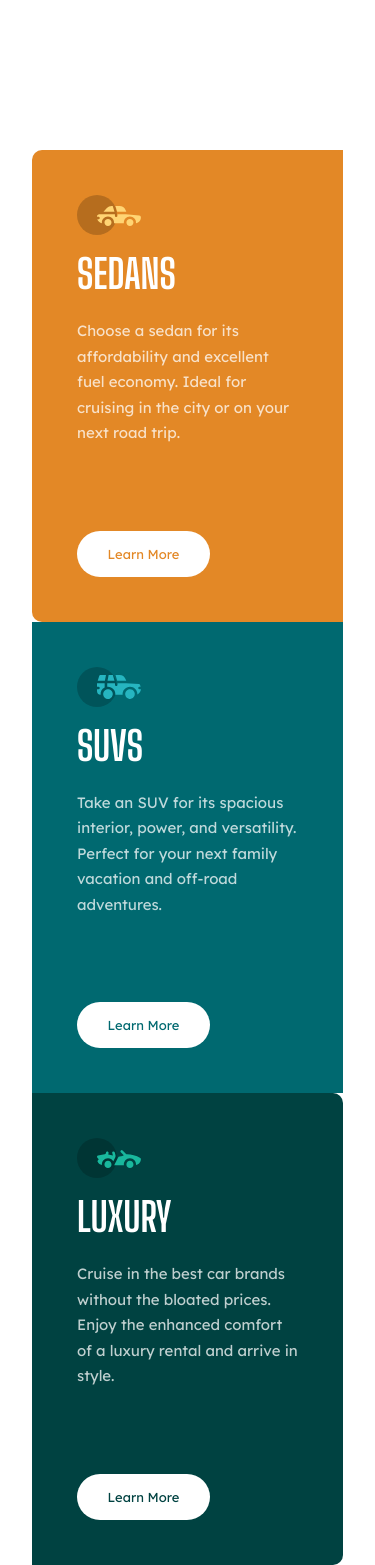
Repository: KamoliddinGIT/column-preview-card
Page: index.html
These files come from the project's save history. The page is drawn as it stood at one moment and after a run of saves; the edit follows.
The browser window is 375 px wide. The pictures show the whole page.

Above is the page before, as saved 2023-09-15 17:03:53.

After the next 2 saves:
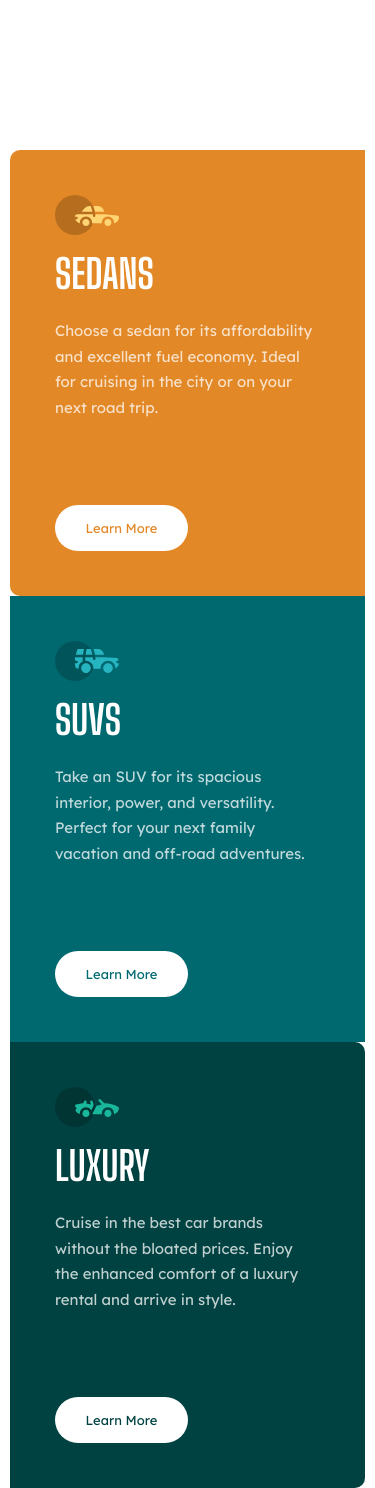
The 2 saves are shown as one change because they came seconds apart.
The last was saved 9 s later.
--- a/css/style.css
+++ b/css/style.css
@@ -189,7 +189,7 @@
 
 @media only screen and (max-width: 400px) {
   body {
-    padding: 2rem;
+    padding: 10px;
   }
   .container {
     max-width: 400px;
